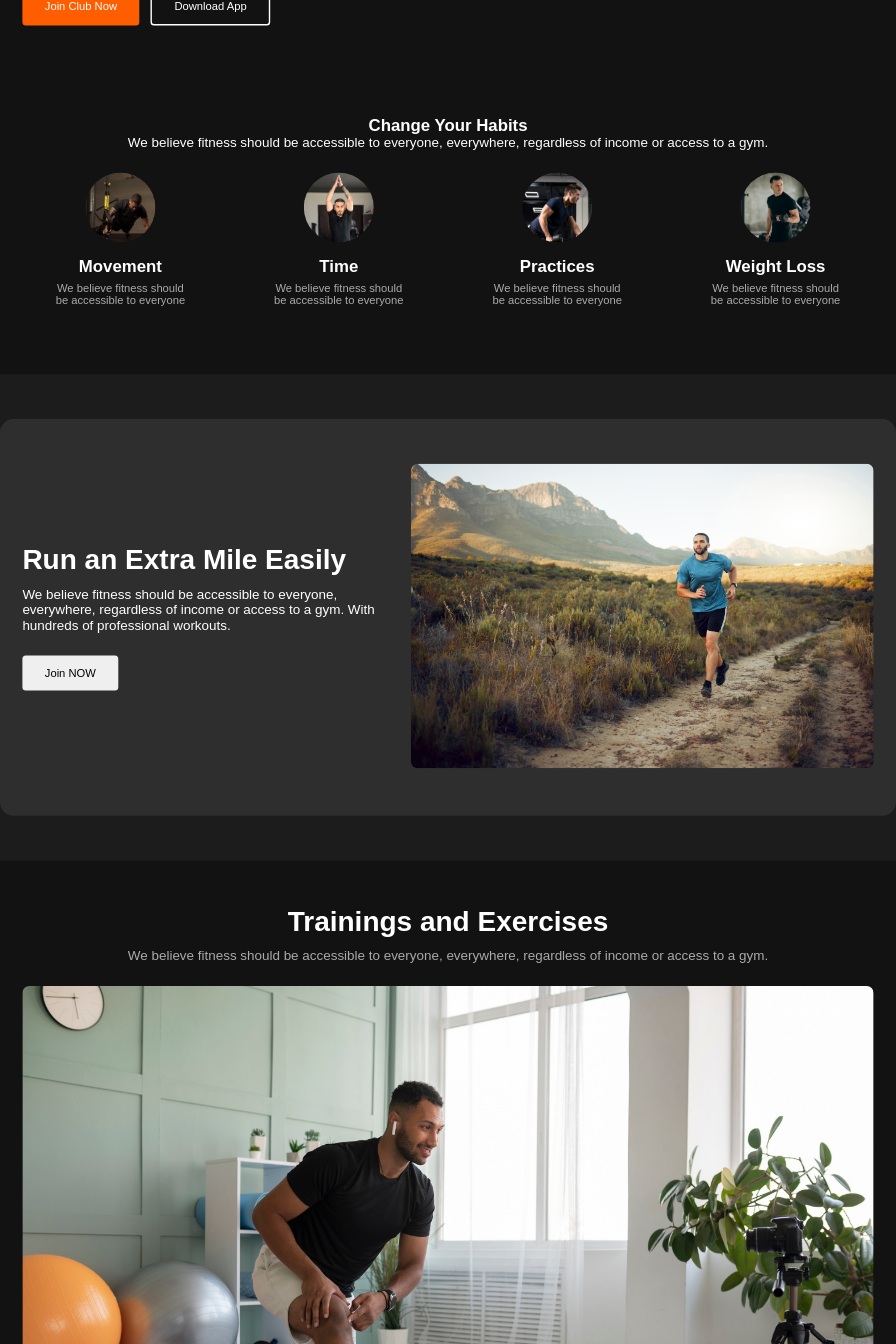
Repository: Aminul-Islam85/Assignment-2
Page: index.html
The author's editor kept a copy of each file at every save. The page is drawn from the files as they stood at one save, then again after the next save.
The browser window is 1280 px wide. The pictures show the part of the page from y = 349 to 2269 px (the page is 8303 px tall), at 70% of full size.

Above is the page before, as saved 2024-10-23 18:52:58.

After the next save:
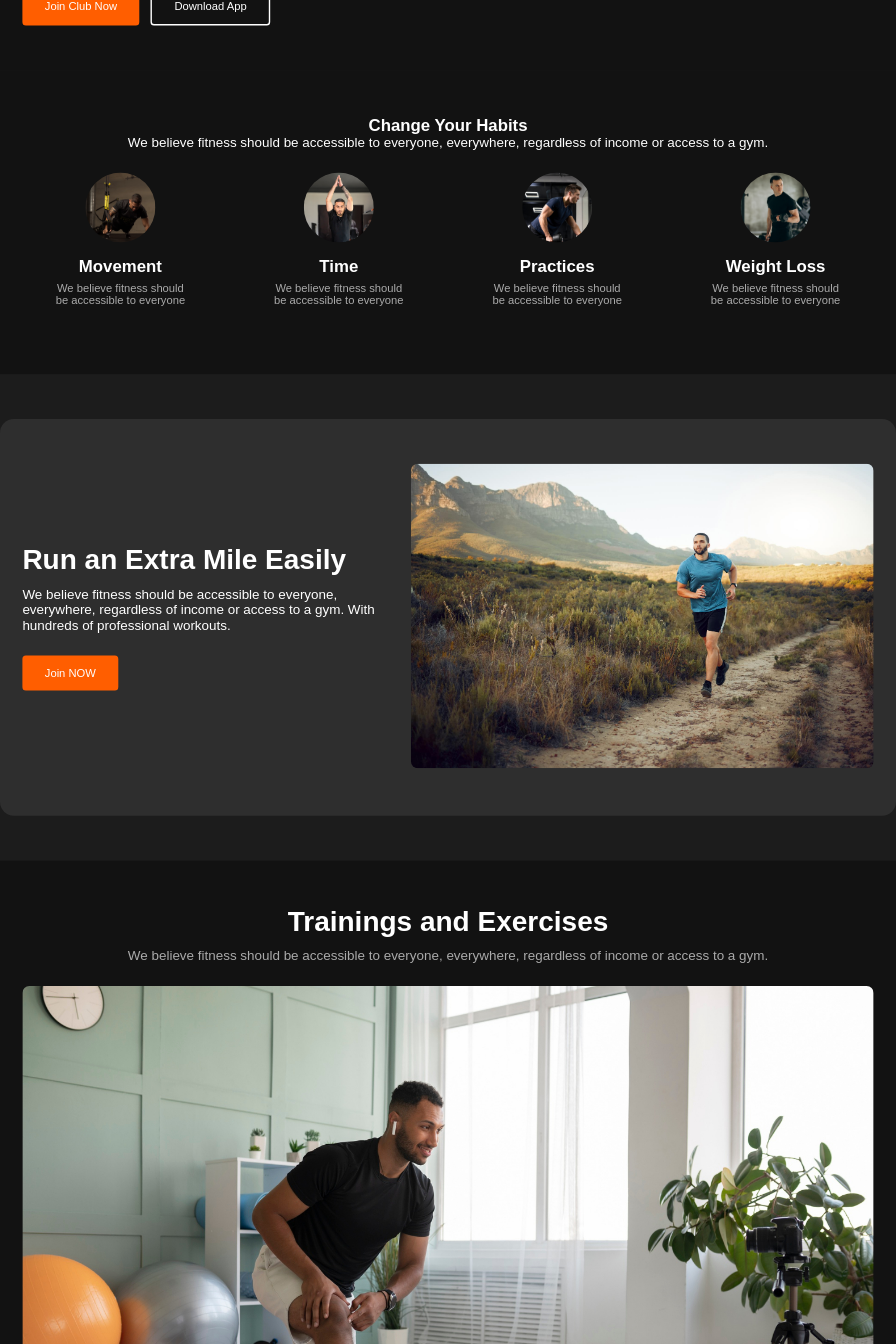
Saved 60 s later.
--- a/styles.css
+++ b/styles.css
@@ -271,7 +271,7 @@ body {
     font-size: 1.2rem;
     margin-bottom: 2rem;
 }
-.extra-mile btn {
+.extra-mile-btn {
     background-color: #ff5e00;
     color: white;
     border: none;
